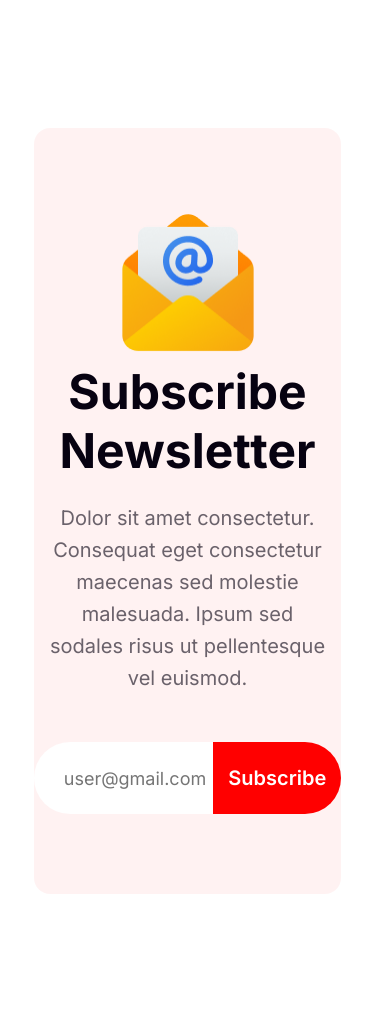
Repository: ShouravAhammed/simple-responsive-new-year
Page: index.html
An editor plug-in stored every save of this project. The page is shown before and after the next save, followed by the edit.
The browser window is 375 px wide. The pictures show the whole page.

Above is the page before, as saved 2024-01-11 15:23:14.

### index.html
<!DOCTYPE html>
<html lang="en">
<head>
    <meta charset="UTF-8">
    <meta name="viewport" content="width=device-width, initial-scale=1.0">
    <!-- Title  -->
    <title>New Year 2024</title>
    <!-- favicon icon linked -->
    <link rel="shortcut icon" href="images/New Year Photo.png" type="image/x-icon">
    <!-- style css linked-->
    <link rel="stylesheet" href="Style/style.css">
</head>
<body>
    <!-- header part  -->
    <header class="hide">
        <!-- banner section part -->
        <section id="banner">
            <div class="container">
                <div class="banner-container">
                    <div class="banner-content">
                        <h3 class="celebration">Happy New Year</h3>
                        <h2 class="banner-title">New Year Party Celebration</h2>
                    </div>
                </div>
            </div>
        </section>
    </header>
    <!-- main part -->
    <main>
        <!-- categories section part  -->
            <section id="categories " class="hide">
                <div class="container">
                    <div class="categories-container">
                        <h2 class="categories-discount">65% OFF</h2>
                        <p class="primary-summery">OUR HOLIDAY DEALS ARE BETTER</p>
                        <h3 class="categories-title">ALL CATEGORIES</h3>
                        <div class="categories-img">
                            <img id="new-year-img" src="images/New Year Photo.png" alt="Happy New Year">
                        </div>
                    </div>
                </div>
            </section>

            <!-- party-banner section part -->
            <section id="party-banner" class="hide">
                <div class="container">
                    <div class="party-container">
                        <div class="party-content">
                            <h2 class="party-title">Welcome to midnight party</h2>
                            <p class="party-description">Dolor sit amet consectetur. Consequat eget consectetur maecenas sed molestie malesuada. Ipsum sed sodales risus ut pellentesque vel euismod. </p>
                            <button id="join-now-btn">JOIN NOW</button>
                        </div>
                        <img class="party-img" src="images/icon/Group 70.png" alt="party-img">
                    </div>
                </div>
            </section>
            <!-- Announce section part -->
            <section id="announce" class="hide">
                <div class="container">
                    <div class="announce-content">
                        <h4 class="announce-title"><span class="title-color">Place:</span> New Park Hotel</h4>
                        <h4 class="announce-title"><span class="title-color">Date:</span> 31 December Night 2023</h4>
                        <h4 class="announce-title"><span class="title-color">Time:</span> Evening 7.30 pm to 12.30 am</h4>
                        <button class="announce-btn">Join Now</button>
                    </div>
                </div>
            </section>
            <!-- best offer section part -->
            <section id="best-offer" class="hide">
                <div class="container">
                    <div class="best-offer-container">
                        <div class="best-offer-content">
                            <p class="primary-summery">NEW BEST OFFER</p>
                            <h3 class="similer-title">Coming Soon</h3>
                            <p class="similer-description">Dolor sit amet consectetur. Consequat eget consectetur maecenas sed molestie malesuada. Ipsum sed sodales risus ut pellentesque vel euismod. </p>
                        </div>
                        <div class="best-offer-img-content">

                                <img class="best-offer-img" src="images/Ellipse 1.png" alt="best-offer-images">

                        </div>
                        <div class="best-offer-year-content">
                            <h3 class="best-offer-year">2024</h3>
                            <p class="best-offer-description">Dolor sit amet consectetur. Consequat eget consectetur maecenas sed.</p>
                            <img class="best-offer-year-img" src="images/icon/Group 96.png" alt="best-offer-year-img">
                        </div>
                    </div>
                </div>
            </section>
            <!-- holiday section part  -->
            <section id="holiday" class="hide">
                <div class="container">
                    <div class="holiday-container">
                        <div class="holiday-content">
                            <p class="primary-summery">WHAT IS FUNCTIONAL</p>
                        <h3 class="similer-title"><span class="title-color">Holidays</span> Sale 50%</h3>
                        <p class="similer-description">Dolor sit amet consectetur. Consequat eget consectetur maecenas sed molestie malesuada. Ipsum sed
                            sodales risus ut pellentesque vel euismod. Eleifend nunc purus quam id
                            fermentum amet amet sit consectetur.</p>
                        </div>
                        <div class="holiday-back-img">
                            <div class="holiday-gift-content">
                                <img src="images/icon/Group 75.png" alt="">
                            </div>
                            <div class="holiday-discount-content">
                                <img src="images/icon/Group 44.png" alt="">
                            </div>
                        </div>
                        <div class="holiday-bottom">
                            <img src="images/Rectangle 2.png" alt="">
                        </div>
                    </div>
                </div>
            </section>
            <!-- Portfolio section part -->

            <section id="portfolio" class="hide">
                <div class="container">
                    <div class="portfolio-container">
                        <div class="portfolio-box">
                            <p class="primary-summery">THE BEST GIFTS</p>
                            <h3 class="similer-title">Our Awesome Portfolio</h3>
                            <p class="similer-description description-padd">Dolor sit amet consectetur. Consequat eget consectetur maecenas sed molestie malesuada. Ipsum sed sodales risus ut pellentesque vel euismod. </p>
                        </div>
                            <div class="portfolio-content">
                                <img class="portfolio-img" src="images/Portfolio images/Rectangle 3.png" alt="">
                                <img class="portfolio-img" src="images/Portfolio images/Rectangle 4.png" alt="">
                                <img class="portfolio-img" src="images/Portfolio images/Rectangle 5.png" alt="">
                            </div>
                            <div class="portfolio-content">
                                <img class="portfolio-img" src="images/Portfolio images/Rectangle 6.png" alt="">
                                <img class="portfolio-img" src="images/Portfolio images/Rectangle 7.png" alt="">
                                <img class="portfolio-img" src="images/Portfolio images/Rectangle 8.png" alt="">
                            </div>
                        </div>
                    </div>
            </section>
            <!-- newsletter section part -->
            <section id="newsletter">
                <div class="container">
                    <div class="news-container">
                        <div class="news-content">
                            <img src="images/icon/Group 61.png" alt="">
                            <h3 class="similer-title">Subscribe Newsletter</h3>
                            <p class="similer-description description-mar">Dolor sit amet consectetur. Consequat eget consectetur maecenas sed molestie malesuada. Ipsum sed sodales risus ut pellentesque vel euismod. </p>
                            <form class="form" action="">
                                <input type="email" placeholder="user@gmail.com" alt="email" id="">
                                <button class="subscribe-btn">Subscribe</button>
                            </form>
                        </div>

                    </div>
                </div>
            </section>
    </main>
    <!--  footer part -->
    <footer class="hide">
        <section id="footer">
            <div class="container">
                <div class="footer-describe-part line-color">
                    <div class="footer-address">
                        <p class="address-similer">44, Big Building Roosevelt Street</p>
                        <p class="address-similer">Beach Gardens Florida 33410</p>
                    </div>
                    <div class="footer-address">
                        <div class="call-icon">
                            <img src="images/icon/Call.png" alt="">
                            <a class="address-similer">+00 123 584 124</a>
                        </div>
                        <div class="website-icon">
                            <img src="images/icon/Website.png" alt="">
                            <a class="address-similer">www.website.com</a>
                        </div>
                    </div>
                </div>

                <div class="footer-social line-color">
                    <a href=""><img src="images/icon/Facebook.png" alt=""></a>
                    <a href=""><img src="images/icon/Instagram.png" alt=""></a>
                    <a href=""><img src="images/icon/Twitter.png" alt=""></a>
                    <a href=""><img src="images/icon/Linkedin.png" alt=""></a>
                </div>

                <div class="reserved">
                    <p>2017, All Rights Reserved.</p>
                    <p>Unsubscribe</p>
                </div>
            </div>
        </section>
    </footer>
</body>
</html>

### Style/style.css
/* import google fonts */
@import url('https://fonts.googleapis.com/css2?family=Inter:wght@100;200;300;400;500;600;700;800;900&family=Merriweather:ital,wght@0,300;0,400;0,700;0,900;1,300;1,400;1,700;1,900&display=swap');

*{
    margin: 0;
    padding: 0;
    outline: 0;
}

.container{
    width: 82%;
    margin: 0 auto;
}
/* primary content */
.primary-summery{
    font-family: Inter;
    font-size: 24px;
    font-style: normal;
    font-weight: 500;
    color: #F00;
    line-height: normal;
}
/* title-color */
.title-color{
    color: #F00;
}
/* banner section related css style */
#banner{
    margin-top: 30px;
}
.banner-container{
    background-image: linear-gradient(180deg, #070211 0%, rgba(7, 2, 17, 0.00) 100%), url(../images/Banner\ Image.png);
    background-size: cover;
    background-repeat: no-repeat;
    background-position: center;
    border-radius: 16px;
    padding: 177px 0px;
}
.banner-container .banner-content{
    width: 632px;
    margin: 0 auto;
}
.banner-container .banner-content .celebration{
    color: #FFF;
    text-align: center;
    font-family: Merriweather;
    font-size: 32px;
    font-style: normal;
    font-weight: 400;
    line-height: normal;
    margin-bottom: 16px;
    z-index: 99;
}
.banner-container .banner-content .banner-title{
    color: #FFF;
    text-align: center;
    font-family: Merriweather;
    font-size: 72px;
    font-style: normal;
    font-weight: 900;
    line-height: 95px;
}
/* categories section related css style */

#categories{
    margin: 120px 0px;
}
.categories-container{
    text-align: center;
}
.categories-container .categories-discount{
    font-family: Inter;
    font-size: 88px;
    font-style: normal;
    font-weight: 700;
    color: #F00;
    line-height: normal;
    margin-bottom: 48px;
}

.categories-title{
    font-family: Inter;
    font-size: 48px;
    font-style: normal;
    font-weight: 700;
    color: #070211;
    line-height: normal;
    margin-bottom: 48px;
}
.categories-container .categories-img{
    width: 800px;
    margin: 0 auto;
}
.categories-img #new-year-img{
    max-width: 100%;
}

/* party-banner section css style  */
#party-banner{

}
.party-container{
    background-image: linear-gradient(90deg, #070211 0%, rgba(7, 2, 17, 0.00) 100%), url(../images/Vectorrr.png);
    background-position: center;
    background-repeat: no-repeat;
    background-size: cover;
    display: flex;
    align-items: center;
    justify-content: space-between;
    border-radius: 16px;
    padding: 70px 70px;
}
.party-container .party-content{
    width: 900px;
}
.party-content .party-title{
    font-family: Merriweather;
    font-size: 64px;
    font-style: normal;
    font-weight: 900;
    color: #FFF;
    line-height: 88px;
    letter-spacing: 3px;
}
.party-content .party-description{
    font-family: Inter;
    font-size: 18px;
    font-style: normal;
    font-weight: 400;
    color: rgba(255, 255, 255, 0.80);
    line-height: 30px;
    margin-top: 20px;
}
#join-now-btn{
    font-family: Inter;
    font-size: 20px;
    font-style: normal;
    font-weight: 700;
    color: #FFF;
    background: transparent;
    line-height: normal;
    text-transform: uppercase;
    border: none;
    cursor: pointer;
    margin-top: 48px;
    margin-left: 32px;
}
.party-container .party-img{
    width: 270px;
    max-width: 100%;
}

/* Announce section css style */

#announce{
    margin: 120px 0px;
}
.announce-content{
    background: linear-gradient(180deg, rgba(255, 0, 0, 0.10) 0%, rgba(255, 0, 0, 0.00) 100%);
    padding: 100px 0;
    text-align: center;
}
.announce-content .announce-title{
    color: #070211;
    font-family: Inter;
    font-size: 32px;
    font-style: normal;
    font-weight: 600;
    line-height: 56px;
    text-transform: capitalize;
}
.announce-btn{
    font-family: Inter;
    font-size: 20px;
    font-style: normal;
    font-weight: 700;
    line-height: normal;
    color: #FFF;
    text-align: center;
    text-transform: uppercase;
    border-radius: 8px;
    background: #F00;
    padding: 16px 32px;
    border: none;
    cursor: pointer;
    transition: all ease 0.5s;
    margin-top: 48px;
}
.announce-btn:hover{
    background: #fff;
    color: #f00;
    outline: 1px solid #F00;
}
/* best-offer section style css */
#best-offer{
    margin-bottom: 128px;
}
.similer-title{
    font-family: Inter;
    font-size: 48px;
    font-style: normal;
    font-weight: 700;
    color: #070211;
    line-height: normal;
}
.similer-description{
    font-family: Inter;
    font-size: 20px;
    font-style: normal;
    font-weight: 400;
    color: rgba(7, 2, 17, 0.60);
    line-height: 32px;
    margin-top: 22px;
}
.best-offer-container{
    display: flex;
    align-items: center;
    gap: 20px;
}
.best-offer-content{
    width: 700px;
}
.best-offer-img-content{
    min-height: 350px;
    min-width: 350px;
    border: 15px solid #f00;
    border-radius: 50%;
    position: relative;
    position: relative;
}
.best-offer-img-content .best-offer-img{
    position: absolute;
    width: 270px;
    inset: 41px;
}
.best-offer-year-content .best-offer-year{
    font-family: Inter;
    font-size: 48px;
    font-style: normal;
    font-weight: 700;
    color: #F00;
    line-height: normal;
    margin-top: 65px;
}
.best-offer-year-content .best-offer-description{
    margin-top: 10px !important;

}
.best-offer-year-content{
    width: 500px;
}
.best-offer-year-content .best-offer-year-img{
    max-width: 140px;
    margin-top: 38px;
}


/*  portfolio section css style */
.portfolio-container{

}
.portfolio-container .description-padd{
    margin-bottom: 48px ;
}
.portfolio-container .portfolio-content{
    display: flex;
    align-items: center;
    justify-content: space-between;
    margin-top: 20px;
}
.portfolio-box{
    width: 896px;
}
.portfolio-container .portfolio-content .portfolio-img{
    max-width: 355px;
    transition: all ease 0.5s;
}
.portfolio-content .portfolio-img:hover{
    filter: grayscale(1);
    transform: scale(1.05);
}
/* newsletter section css style  */
#newsletter{
    margin: 128px 0px;
}
.news-container{
    border-radius: 16px;
    background: rgba(255, 0, 0, 0.05);
    padding: 80px 0px;
}
.news-content{
    width: 896px;
    margin: 0 auto;
    text-align: center;
}
.news-content img{
    width: 150px;
    height: 150px;
}
.form{
    width: 648px;
    height: 72px;
    display: flex;
    margin: 0 auto;
}
.form input{
    background: #fff;
    width: 438px;
    flex-grow: 1;
    color: rgba(7, 2, 17, 0.30);
    font-family: Inter;
    font-size: 18px;
    font-style: normal;
    font-weight: 400;
    line-height: normal;
    padding-top: 25px;
    padding-bottom: 25px;
    padding-left: 30px;
    border: none;
    border-radius: 50px 0px 0px 50px;
    outline: 1px transparent;
    transition: all ease 0.5s;
}
.form input:hover{
    outline: 1px solid #f00;
}
.form .subscribe-btn{
    color: #FFF;
    font-family: Inter;
    font-size: 20px;
    font-style: normal;
    font-weight: 600;
    line-height: normal;
    text-transform: capitalize;
    border-radius: 0px 50px 50px 0px;
    background: #F00;
    padding: 24px 56px;
    border: none;
    transition: all ease 0.5s;
}
.form .subscribe-btn:hover{
    outline: 1px solid #f00;
    background: #fff;
    color: #f00;
}
.description-mar{
    margin-bottom: 48px;
}
/* footer section part css style */

#footer{
    background: #070211;
    padding: 120px 0;
}
.line-color{
    border-bottom: 1px solid rgba(255, 255, 255, 0.15);
}
.footer-describe-part{
    display: flex;
    justify-content: space-between;
}
.footer-address{
    margin-bottom: 50px;
}
.footer-address .address-similer {
    color: #FFF;
    font-family: Inter;
    font-size: 24px;
    font-style: normal;
    font-weight: 500;
    line-height: 40px;
    text-decoration: none;
    cursor: pointer;
}
.call-icon, .website-icon{
    display: flex;
    align-items: center;
}
.call-icon img, .website-icon img{
    width: 24px;
    margin-right: 15px;
}

.footer-social{
    text-align: center;
    padding: 48px 0;
}
.footer-social a{
    width: 64px;
    margin-right: 24px;
}
.footer-social a:hover{
    filter: grayscale(1);
}

.reserved{
    display: flex;
    justify-content: space-between;
    align-items: center;
    margin-top: 50px;
}
.reserved p{
    color: #FFF;
    font-family: Inter;
    font-size: 24px;
    font-style: normal;
    font-weight: 500;
    line-height: normal;
}



/* holiday section css style */
#holiday{
    margin-bottom: 128px;
}
.holiday-container{
    text-align: center;
}
.holiday-container .holiday-content{
    width: 920px;
    margin: 0 auto;
}
.holiday-back-img{
    display: flex;
    align-items: center;
    margin-top: 48px;
    background-image: url(../images/Rectangle\ 1.png);
    background-repeat: no-repeat;
    background-size: contain;
    height: 60vh;
    background-position: bottom right;
}
.holiday-back-img .holiday-gift-content {
    width: 600px;
    position: relative;
    bottom: -110px;
    left: 50px;
}
.holiday-back-img .holiday-gift-content img{
    max-width: 100%;
}
.holiday-back-img .holiday-discount-content{
    width: 250px;
}
.holiday-back-img .holiday-discount-content img{
    max-width: 100%;
}
.holiday-bottom img{
    width: 100%;
}


/* responsive */
.hide{
    display: none;
}
@media screen and (max-width: 576px){
    .news-content {
        width: 100%;
    }
    .similer-description {
        padding: 0px 10px;
    }
    .form, .form input {
        width:  100%;
    }
    .form .subscribe-btn {
        padding: 24px 15px;
}

After the next save:
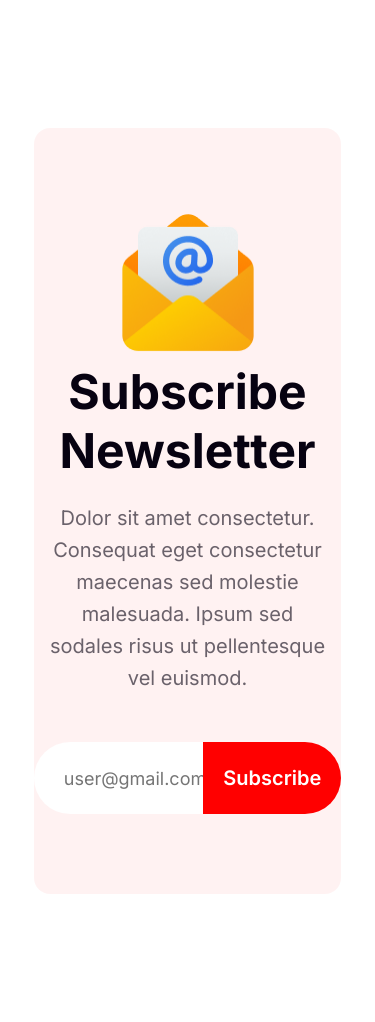
Saved 18 s later.
--- a/Style/style.css
+++ b/Style/style.css
@@ -466,5 +466,5 @@
         width:  100%;
     }
     .form .subscribe-btn {
-        padding: 24px 15px;
-}
+        padding: 24px 20px;
+}
